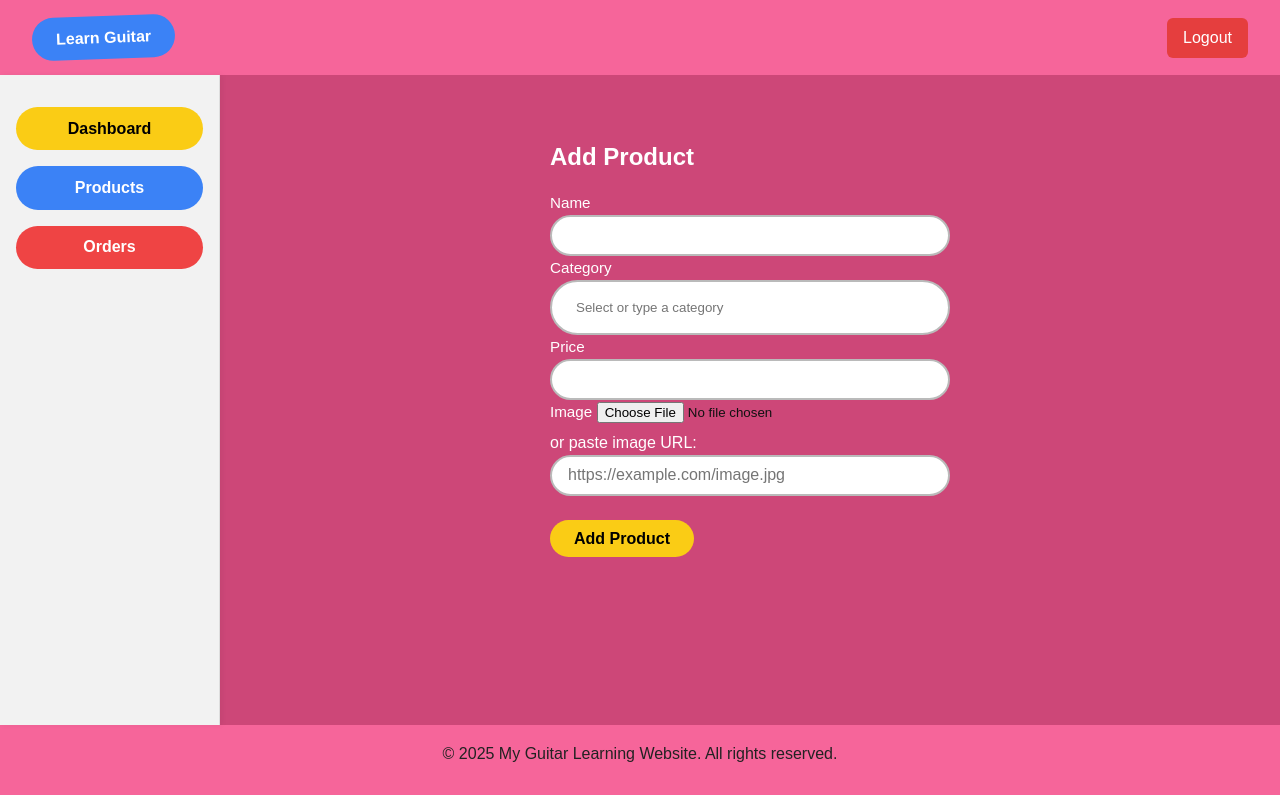
Repository: rywkoo/LearnGuitar
Page: templates/admin/addproduct.html
An editor plug-in stored every save of this project. The page is shown before and after the next save, followed by the edit.
The browser window is 1280 px wide. The pictures show the whole page.
The page is served by the project's application, run on Flask 3 (app.py). The template is opened directly, without the code that normally fills it, so the values that code supplies are empty.

Above is the page before, as saved 2025-08-25 22:39:16.

After the next save:
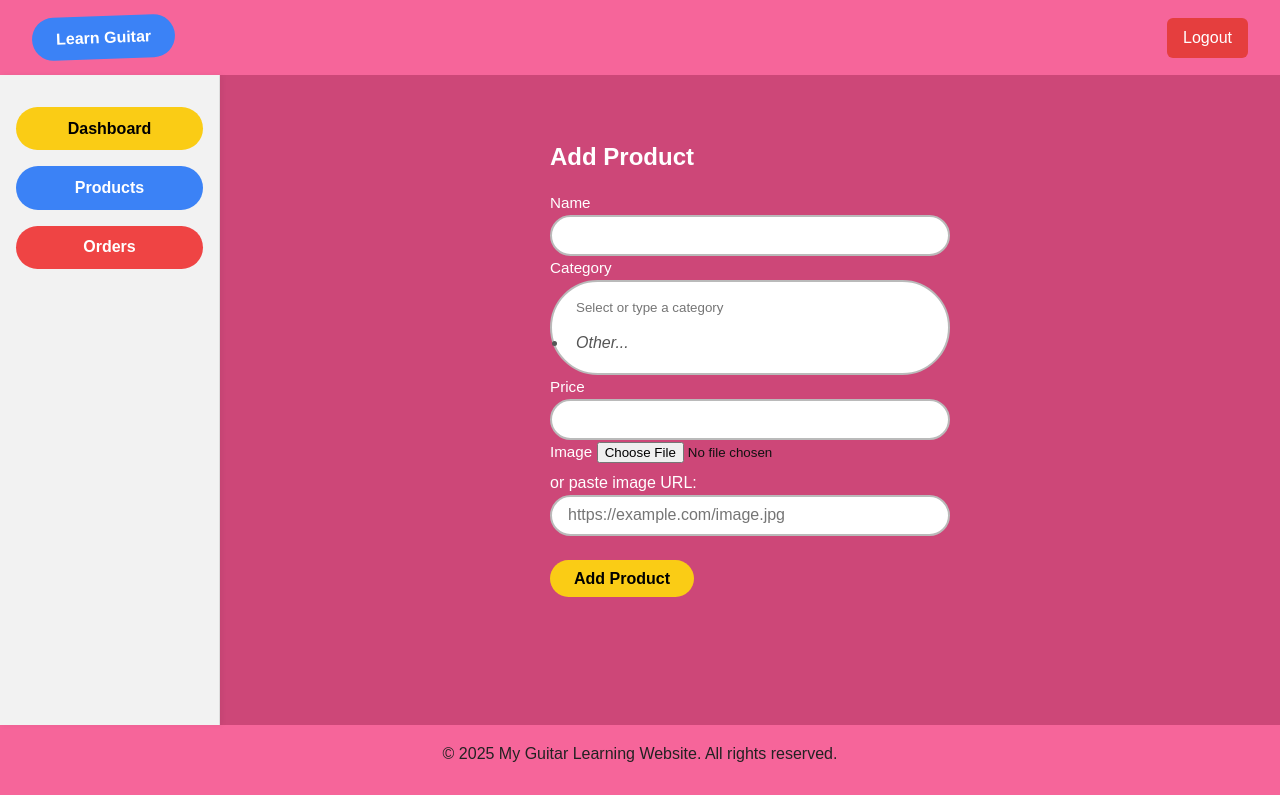
Saved 33 s later.
--- a/templates/admin/addproduct.html
+++ b/templates/admin/addproduct.html
@@ -16,20 +16,7 @@
   border: 1px solid #ccc;
 }
 
-.dropdown-list {
-  position: absolute;
-  top: 100%;
-  left: 0;
-  right: 0;
-  background: #fff;
-  max-height: 150px;
-  overflow-y: auto;
-  border: 1px solid #ccc;
-  border-radius: 8px;
-  display: none;
-  margin-top: 2px;
-  z-index: 10;
-}
+
 
 .dropdown-list li {
   padding: 0.5rem;

After the 2 saves that followed:
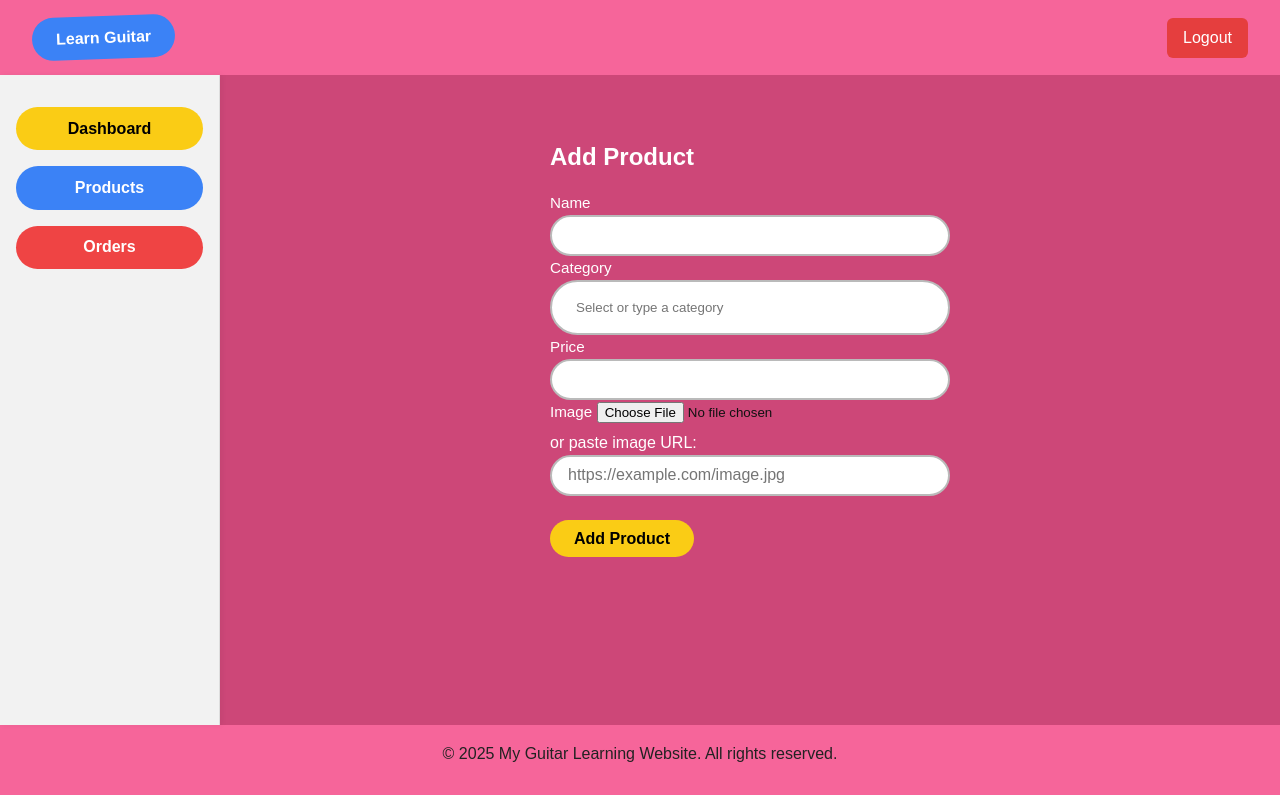
The 2 saves are shown as one change because they came seconds apart.
The last was saved 8 s later.
--- a/templates/admin/addproduct.html
+++ b/templates/admin/addproduct.html
@@ -16,7 +16,20 @@
   border: 1px solid #ccc;
 }
 
-
+.dropdown-list {
+  position: absolute;
+  top: 100%;
+  left: 0;
+  right: 0;
+  background: #fff;
+  max-height: 100px;
+  overflow-y: auto;
+  border: 1px solid #ccc;
+  border-radius: 8px;
+  display: none;
+  margin-top: 2px;
+  z-index: 10;
+}
 
 .dropdown-list li {
   padding: 0.5rem;
